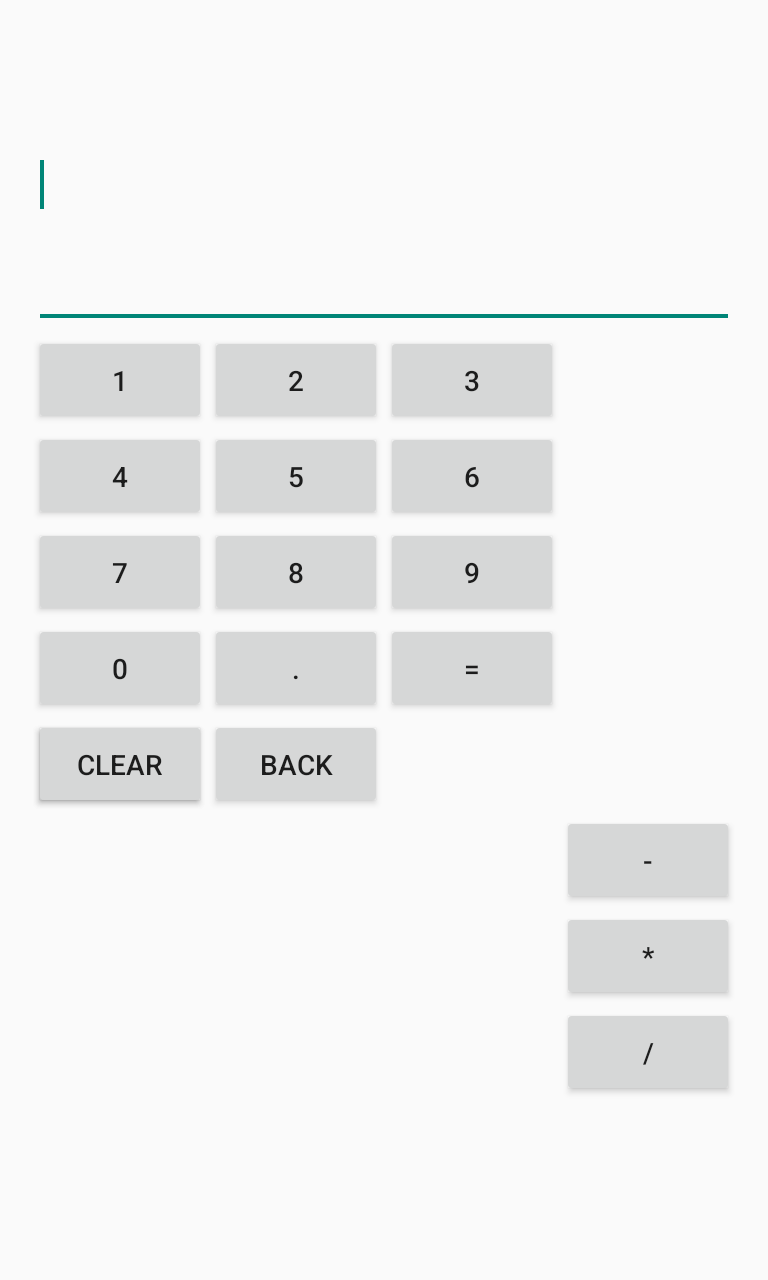
Repository: toa5/CS-399-Project-1
Layout: Calculator/res/layout/activity_calculator.xml
These files come from the project's save history. The layout is drawn as it stood at one moment and after the next save; the edit follows.
It is drawn on a 768 x 1280 px phone screen (xhdpi) without system bars, with theme AppTheme; the app's code is not run.

Above is the layout before, as saved 2015-09-27 08:09:57.

After the next save:
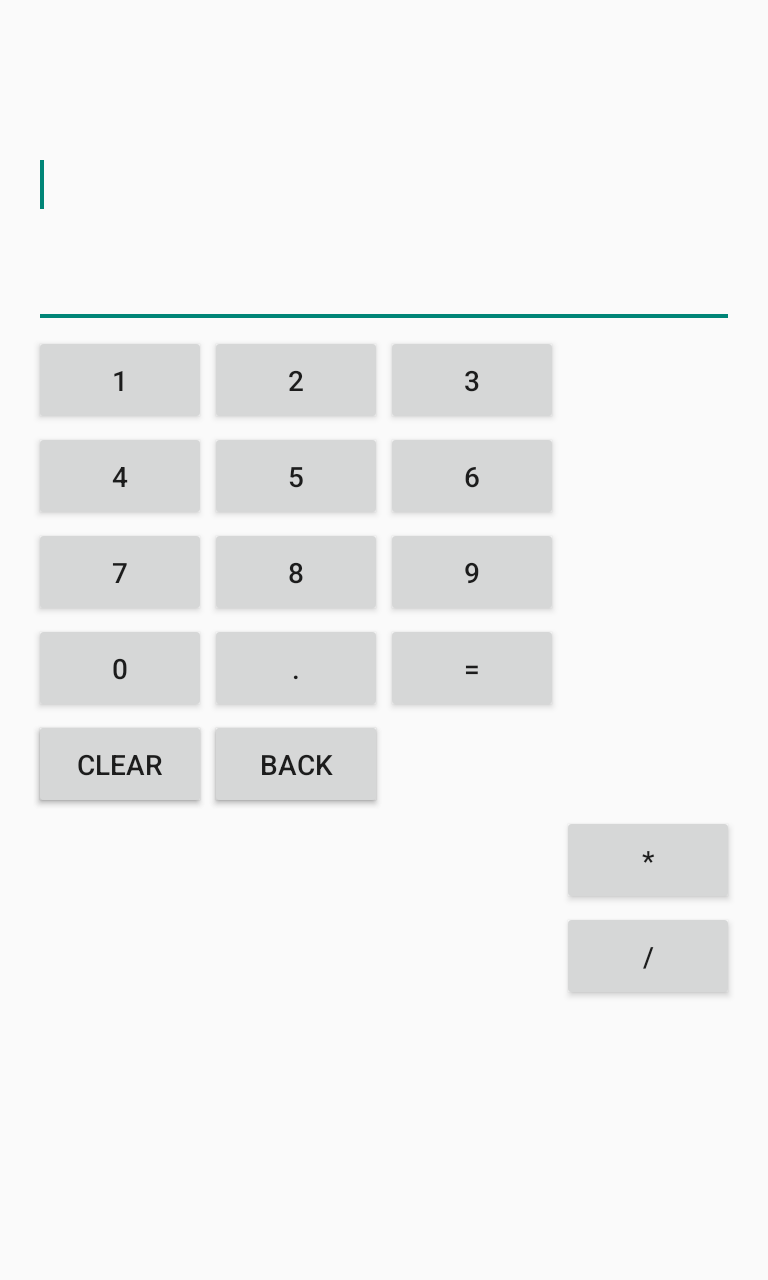
Saved 110 s later.
--- a/Calculator/res/layout/activity_calculator.xml
+++ b/Calculator/res/layout/activity_calculator.xml
@@ -142,9 +142,9 @@
 	<Button android1:id="@+id/buttonMinus"
 	    android1:layout_width="wrap_content"
 	    android1:layout_height="wrap_content"
-	    android1:layout_toEndOf="@+id/button6"
-	    android1:layout_toRightOf="@+id/button6"
-	    android1:layout_below="@+id/buttonPlus"
+	    android1:layout_toEndOf="@+id/buttonPlus"
+	    android1:layout_toRightOf="@+id/buttonPlus"
+	    android1:layout_below="@+id/buttonDecimal"
 	    android1:text="@string/minus" />
 
 	<Button
